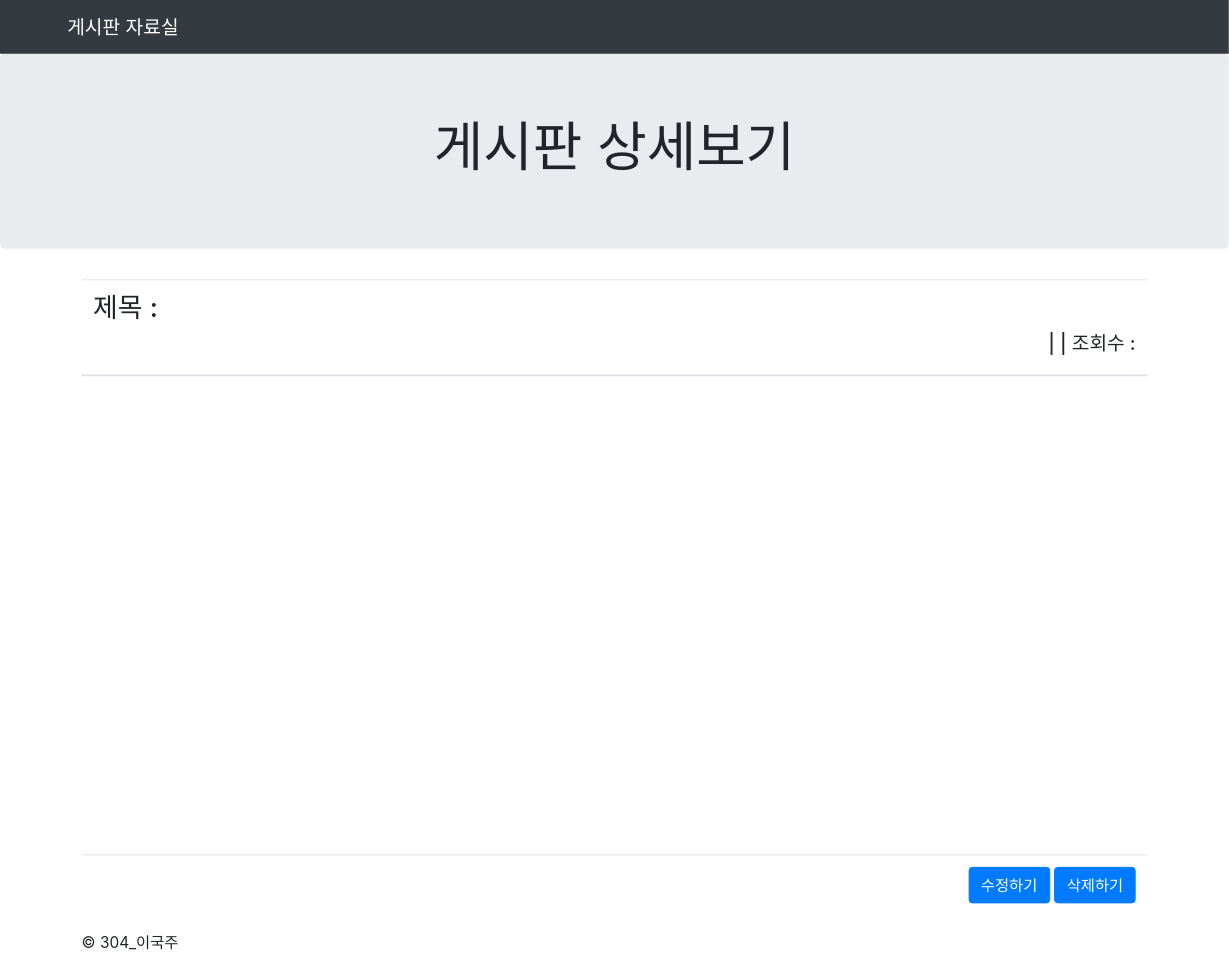
Repository: LeeKukJu/JSP-Study
Page: http://localhost/JSPBook/ch11/totaltest/boardView.jsp?id=isDNEt
The author's editor kept a copy of each file at every save. The page is drawn from the files as they stood at one save, then again after the next save.
The browser window is 1280 px wide. The pictures show the whole page, at 96% of full size.
The page is served by Tomcat 9. Nobody is signed in. The application's start-up code is not run.

Above is the page before, as saved 2023-02-03 12:34:11.

After the next save:
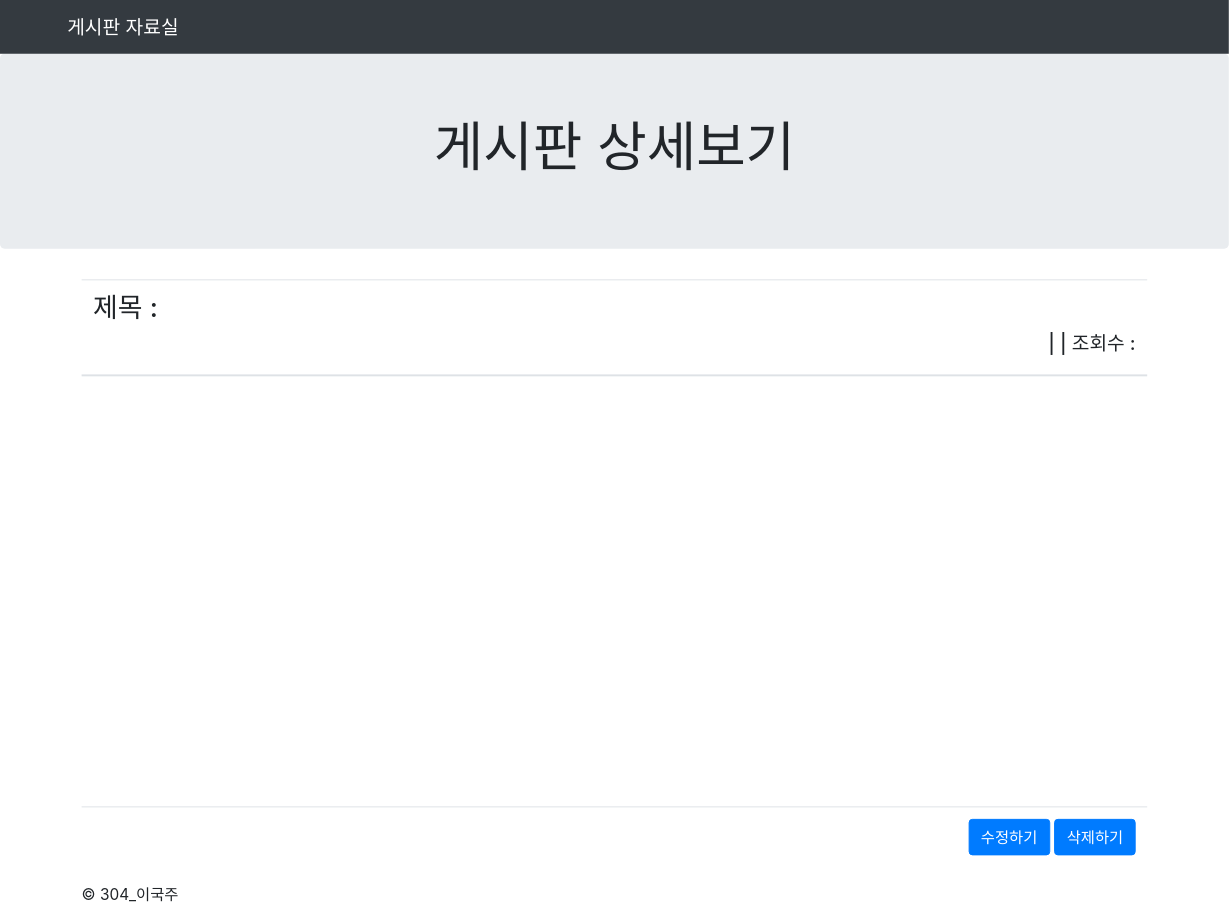
Saved 18 s later.
--- a/JSPBook/WebContent/ch11/totaltest/boardView.jsp
+++ b/JSPBook/WebContent/ch11/totaltest/boardView.jsp
@@ -62,7 +62,7 @@
 				</thead>
 				<tbody>
 					<tr>
-						<td height="500px"><c:out value="${board.content}"/> </td>
+						<td height="450px"><c:out value="${board.content}"/> </td>
 					</tr>
 					<tr>
 						<td align="right">
